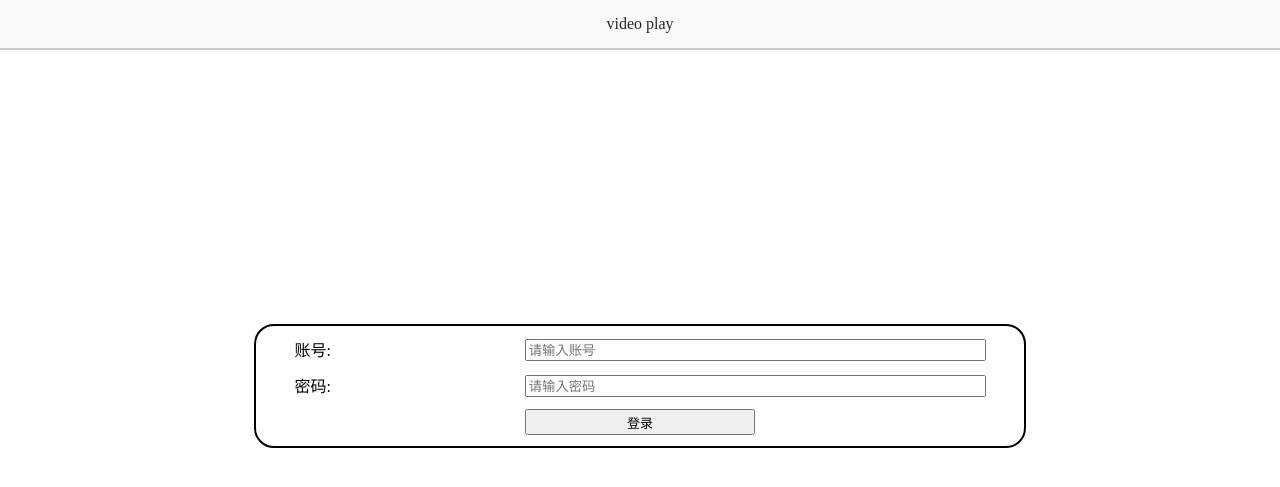
Repository: andycj7/-
Page: web/videoplay/index.html
An editor plug-in stored every save of this project. The page is shown before and after the next save, followed by the edit.
The browser window is 1280 px wide. The pictures show the whole page.

Above is the page before, as saved 2020-07-20 01:14:44.

### web/videoplay/index.html
<html>

<head>
<meta charset="utf-8">
<meta name="viewport"
	content="initial-scale=1, maximum-scale=1, user-scalable=no, width=device-width">
<title>VideoPlay</title>
<link rel="stylesheet" href="css/base.css">
</head>

<body>
	<div class="title">video play</div>
	<div class="line"></div>
	<div class="div-space"></div>
	<div class="body">
		<div id="divParentLogin" class="div-parent-login">
			<div class="div-child-login">
				<label class="label-login">账号:</label> <input id="inputUserName"
					class="input-login" type="text" placeholder="请输入账号"></input>
			</div>
			<div class="div-child-login">
				<label class="label-login">密码:</label> <input id="inputPassWord"
					class="input-login" type="password" placeholder="请输入密码"></input>
			</div>
			<div class="div-child-login">
				<button class="button-login" onclick="on_login()">登录</button>
			</div>
		</div>

		<div id="divParentPlay" class="div-parent-play">
			<div class="div-child-video">
				<video id="videoPlay" class="video-play" preload="auto">
					<source src="./res/video/2.mp4" type="video/mp4">
				</video>
			</div>
			<div class="div-child-control">
				<button class="button-play-1" onclick="on_play()">开始播放</button>
				<button class="button-play-1" onclick="on_pause()">暂停播放</button>
				<button class="button-play-1" onclick="on_finish()">结束播放</button>
			</div>
			<div class="div-child-control">
				<button class="button-play-2" onclick="on_set_mute(true)">静音</button>
				<button class="button-play-2" onclick="on_set_mute(false)">取消静音</button>
				<button class="button-play-2" onclick="on_set_volume(true)">音量+</button>
				<button class="button-play-2" onclick="on_set_volume(false)">音量-</button>
			</div>
		</div>
	</div>
</body>
<script src="js/index.js"></script>
</html>

### web/videoplay/css/base.css
@charset "UTF-8";

body {
	margin: 0;
}

.title {
	height: 48px;
	font-size: 16px;
	line-height: 48px;
	text-align: center;
	color: rgba(0, 0, 0, .85);
	background-color: #fafafa;
}

.line {
	width: 100%;
	height: 2px;
	background-color: rgb(204, 204, 204);
}

.body {
	display: flex;
	flex-direction: column;
	justify-content: center;
	align-items: center;
	height: 600px;
}

.div-parent-login {
	display: flex;
	flex-direction: column;
	justify-content: center;
	align-items: center;
	border: 2px solid #000;
	border-radius: 20px;
	height: 20%;
	width: 60%;
}

.div-child-login {
	display: flex;
	flex-direction: row;
	justify-content: space-around;
	align-items: center;
	height: 30%;
	width: 100%;
}

.div-space {
	height: 5%;
	width: 100%;
}

.button-login {
	height: 70%;
	width: 30%;
	font-size: 13px;
}

.label-login {
	height: 70%;
	width: 20%;
}

.input-login {
	height: 60%;
	width: 60%;
}

.div-parent-play {
	display: flex;
	flex-direction: column;
	justify-content: center;
	align-items: center;
	height: 60%;
	width: 100%;
	display: none;
}

.div-child-video {
	height: 60%;
	width: 100%;
}

.div-child-control {
	display: flex;
	flex-direction: row;
	justify-content: space-around;
	align-items: center;
	height: 20%;
	width: 100%;
}

.button-play-1 {
	height: 70%;
	width: 30%;
	font-size: 16px;
}

.button-play-2 {
	height: 70%;
	width: 22%;
	font-size: 15px;
}

.video-play {
	height: 100%;
	width: 100%;
}

### web/videoplay/js/index.js
/**
 *
 */

const on_login = ()=>{

	let usrName = document.getElementById("inputUserName").value;
	let passWord = document.getElementById("inputPassWord").value;
	if(usrName == "张三" && passWord == "123"){
		document.getElementById("divParentLogin").style.display = "none";
		document.getElementById("divParentPlay").style.display = "block";
	}
	else{
		alert("登录名或密码错误！！！");
	}
};

const on_play = () => {

	document.getElementById("videoPlay").play();
}

const on_pause = () => {

	document.getElementById("videoPlay").pause();
}

const on_set_mute = (flag) => {

	document.getElementById("videoPlay").muted = flag;
};

const on_set_volume = (flag) => {
	var video = document.getElementById("videoPlay");
	console.log(video.volume+"\n");
	if(flag == true){
		if(video.volume <= 0.9)
			video.volume += Number(0.1);
	}
	else if(flag == false){
		if(video.volume >= 0.1)
			video.volume -= Number(0.1);
	}
}

const on_finish = ()=> {
	document.getElementById("videoPlay").load();
}

After the next save:
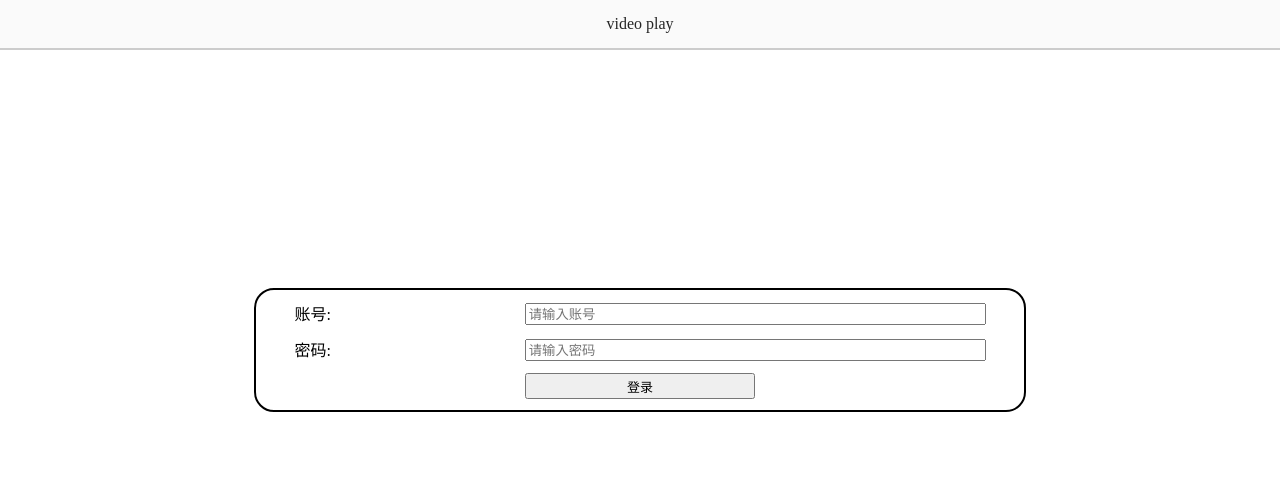
Saved 8 s later.
--- a/web/videoplay/css/base.css
+++ b/web/videoplay/css/base.css
@@ -48,7 +48,7 @@ body {
 }
 
 .div-space {
-	height: 5%;
+	height: 0%;
 	width: 100%;
 }
 
